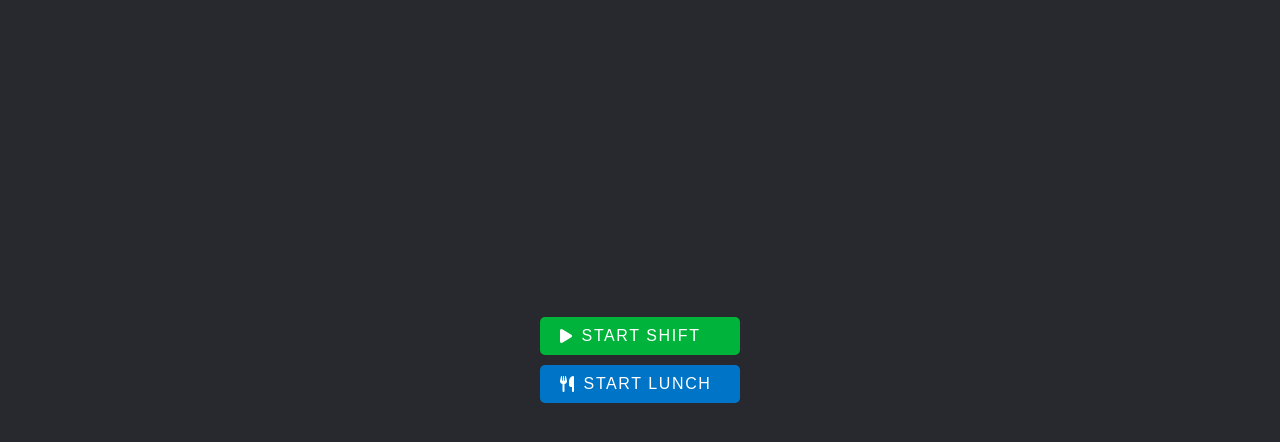
Repository: Philip-Rogers/button-state
Page: experiment.html
The author's editor kept a copy of each file at every save. The page is drawn from the files as they stood at one save, then again after the next save.
The browser window is 1280 px wide. The pictures show the whole page.

Above is the page before, as saved 2024-08-14 15:18:53.

### experiment.html
<!DOCTYPE html>
<html lang="en">

<head>
    <meta charset="UTF-8">
    <meta name="viewport" content="width=device-width, initial-scale=1.0">
    <title>Shift and Lunch Toggle Buttons</title>
    <link rel="stylesheet" href="index.css">
    <link rel="stylesheet" href="https://cdnjs.cloudflare.com/ajax/libs/font-awesome/6.5.1/css/all.min.css"
        integrity="sha512-DTOQO9RWCH3ppGqcWaEA1BIZOC6xxalwEsw9c2QQeAIftl+Vegovlnee1c9QX4TctnWMn13TZye+giMm8e2LwA=="
        crossorigin="anonymous" referrerpolicy="no-referrer" />
</head>

<body>

    <!-- Container to hold both buttons -->
    <div class="button-container">
        <!-- Shift Button -->
        <button id="shiftButton" class="toggle-button" onclick="toggleShift()">
            <i class="fa fa-play"></i> Start Shift
        </button>

        <!-- Lunch Button -->
        <button id="lunchButton" class="toggle-button" onclick="toggleLunch()">
            <i class="fa fa-utensils"></i> Start Lunch
        </button>
    </div>

    <script>
        let shiftState = 'start'; // Tracks the state of the Shift button
        let lunchState = 'start'; // Tracks the state of the Lunch button

        // Function to toggle the Shift button text and color
        function toggleShift() {
            const shiftButton = document.getElementById('shiftButton');

            if (shiftState === 'start') {
                shiftButton.innerHTML = '<i class="fa fa-stop"></i> Stop Shift';
                shiftButton.style.backgroundColor = 'hsl(354, 70%, 54%)'; // Red for Stop Shift
                shiftState = 'stop';
            } else {
                shiftButton.innerHTML = '<i class="fa fa-play"></i> Start Shift';
                shiftButton.style.backgroundColor = 'hsl(140, 100%, 35%)'; // Green for Start Shift
                shiftState = 'start';
            }
        }

        // Function to toggle the Lunch button text and color
        function toggleLunch() {
            const shiftButton = document.getElementById('shiftButton');
            const lunchButton = document.getElementById('lunchButton');

            if (lunchState === 'start') {
                lunchButton.innerHTML = '<i class="fa fa-stop"></i> Stop Lunch';
                lunchButton.style.backgroundColor = 'hsl(354, 70%, 54%)'; // Red for Stop Lunch

                if (shiftState === 'stop') {
                    shiftButton.style.backgroundColor = 'grey'; // Grey out the Stop Shift button
                    shiftButton.disabled = true; // Disable the Stop Shift button
                }

                lunchState = 'stop';
            } else {
                lunchButton.innerHTML = '<i class="fa fa-utensils"></i> Start Lunch';
                lunchButton.style.backgroundColor = 'hsl(205, 100%, 39%)'; // Blue for Start Lunch

                if (shiftState === 'stop') {
                    shiftButton.style.backgroundColor = 'hsl(354, 70%, 54%)'; // Restore the red color for Stop Shift
                    shiftButton.disabled = false; // Re-enable the Stop Shift button
                }

                lunchState = 'start';
            }
        }
    </script>

</body>

</html>

### index.css
body {
    background-color: hsl(225, 9%, 17%);
    margin: auto;
    display: flex;
    justify-content: center;
    align-items: center;
    height: 100vh;
    margin: 0;
}

button {
    font-size: 1.25em;
    display: block;
    border-radius: 5px;
    /* background-color: hsl(205, 100%, 39%); */
    background-color: hsl(140, 100%, 35%);
    /* Green for Start Shift */
    color: hsl(354, 70%, 100%);
    padding: 1em 1.25em;
    width: 300px;
    cursor: pointer;
    border: none;
    text-transform: uppercase;
    letter-spacing: 0.1em;
    transition: all .2s ease-in-out;
    /* -webkit-box-reflect: below 10px linear-gradient(transparent, transparent, #0004); */
}


#shiftButton i {
    margin-right: 8px;
}

#shiftButton.stopShift {
    background-color: hsl(354, 70%, 54%);
    /* Red for Stop Shift */
}







/* Container for the buttons to ensure they stack vertically */
.button-container {
    display: flex;
    flex-direction: column;
    align-items: flex-start;
    /* Align buttons to the start of the container */
    gap: 10px;
    /* Space between the buttons */
}

/* Style for the toggle buttons */
.toggle-button {
    color: white;
    background-color: hsl(140, 100%, 35%);
    /* Default green for Start Shift */
    border: none;
    padding: 10px 20px;
    font-size: 16px;
    cursor: pointer;
    display: flex;
    align-items: center;
    width: 200px;
    /* Fixed width for consistency */
}

#lunchButton {
    background-color: hsl(205, 100%, 39%);
    /* Default blue color for Start Lunch */
}

.toggle-button i {
    margin-right: 8px;
}

.toggle-button:disabled {
    cursor: not-allowed;
    opacity: 0.6;
}

After the next save:
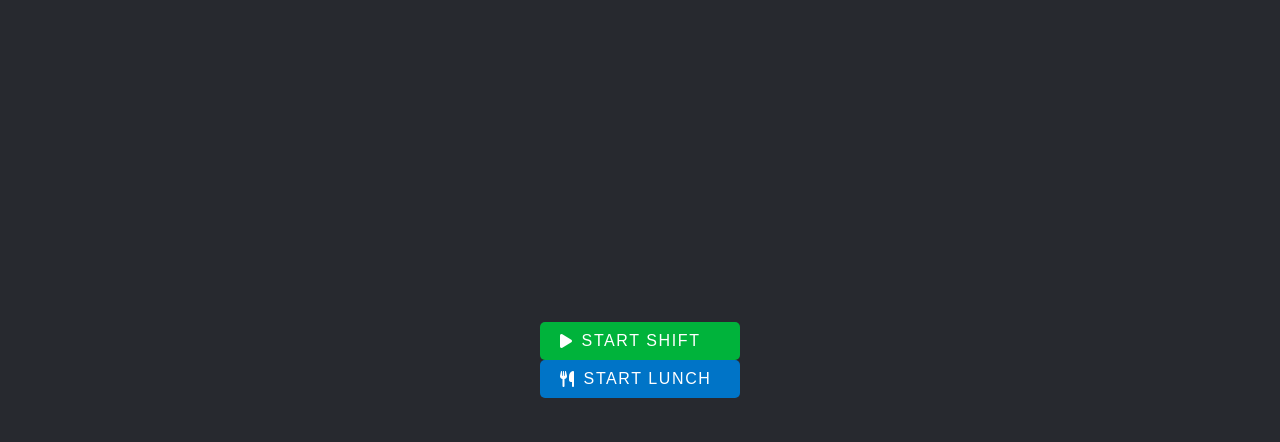
Saved 18 s later.
--- a/index.css
+++ b/index.css
@@ -42,34 +42,29 @@
 
 
 
-/* Container for the buttons to ensure they stack vertically */
+//* Container for the buttons to ensure they stack vertically */
 .button-container {
     display: flex;
     flex-direction: column;
-    align-items: flex-start;
-    /* Align buttons to the start of the container */
-    gap: 10px;
-    /* Space between the buttons */
+    align-items: flex-start; /* Align buttons to the start of the container */
+    gap: 10px; /* Space between the buttons */
 }
 
 /* Style for the toggle buttons */
 .toggle-button {
     color: white;
-    background-color: hsl(140, 100%, 35%);
-    /* Default green for Start Shift */
+    background-color: hsl(140, 100%, 35%); /* Default green for Start Shift */
     border: none;
     padding: 10px 20px;
     font-size: 16px;
     cursor: pointer;
     display: flex;
     align-items: center;
-    width: 200px;
-    /* Fixed width for consistency */
+    width: 200px; /* Fixed width for consistency */
 }
 
 #lunchButton {
-    background-color: hsl(205, 100%, 39%);
-    /* Default blue color for Start Lunch */
+    background-color: hsl(205, 100%, 39%); /* Default blue color for Start Lunch */
 }
 
 .toggle-button i {

After the save that followed:
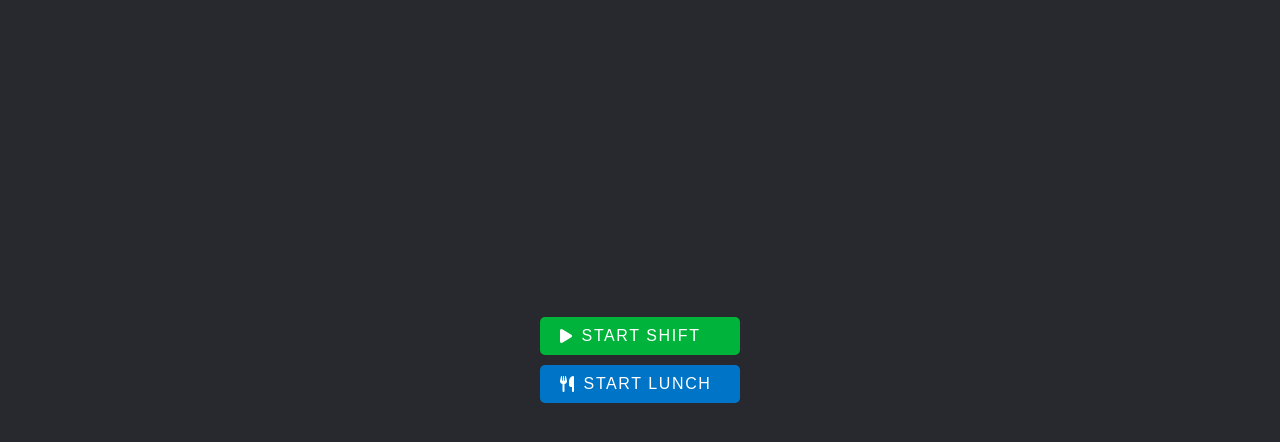
Saved 8 s later.
--- a/index.css
+++ b/index.css
@@ -42,29 +42,34 @@
 
 
 
-//* Container for the buttons to ensure they stack vertically */
+/* Container for the buttons to ensure they stack vertically */
 .button-container {
     display: flex;
     flex-direction: column;
-    align-items: flex-start; /* Align buttons to the start of the container */
-    gap: 10px; /* Space between the buttons */
+    align-items: flex-start;
+    /* Align buttons to the start of the container */
+    gap: 10px;
+    /* Space between the buttons */
 }
 
 /* Style for the toggle buttons */
 .toggle-button {
     color: white;
-    background-color: hsl(140, 100%, 35%); /* Default green for Start Shift */
+    background-color: hsl(140, 100%, 35%);
+    /* Default green for Start Shift */
     border: none;
     padding: 10px 20px;
     font-size: 16px;
     cursor: pointer;
     display: flex;
     align-items: center;
-    width: 200px; /* Fixed width for consistency */
+    width: 200px;
+    /* Fixed width for consistency */
 }
 
 #lunchButton {
-    background-color: hsl(205, 100%, 39%); /* Default blue color for Start Lunch */
+    background-color: hsl(205, 100%, 39%);
+    /* Default blue color for Start Lunch */
 }
 
 .toggle-button i {
